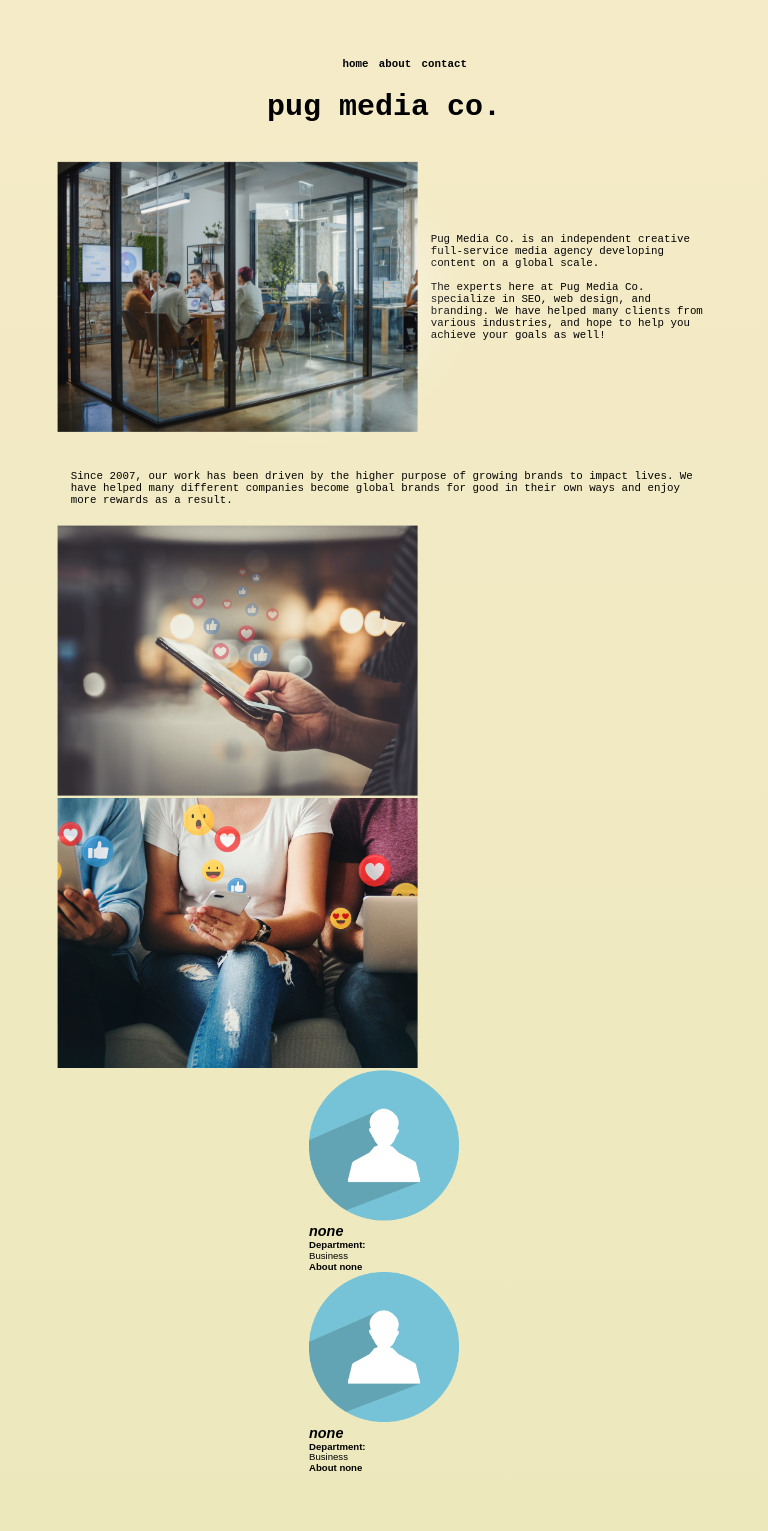
Repository: cheungglenda/MDIA2109-Week3
Page: /
These files come from the project's save history. The page is drawn as it stood at one moment and after the next save; the edit follows.
The browser window is 1280 px wide. The pictures show the whole page, at 60% of full size.
The project was rebuilt for these pictures with package versions that can differ from the ones it lists, and the page was loaded fresh each time. The framework's server and built-in components were replaced by stand-ins that run in the browser. Also part of the build but not shown: next.config.js.

Above is the page before, as saved 2023-01-20 23:17:57.

### pages/index.js
import Head from 'next/head'
import Image from 'next/image'
import { Inter } from '@next/font/google'
import styles from '@/styles/Home.module.css'
import homeData from '../data/education.json'
import { useState } from 'react'
import Card from '../components/Card'
import Link from 'next/link'

const inter = Inter({ subsets: ['latin'] })

export default function Home() {

  /** ([...data]) enters the data in the useState and is calling that info. the useState has all the data from the education.json file */
  const [information, setInformation] = useState([...homeData])
  console.log(homeData);

  return (
    <>
      <Head>
        <title>Pug Media Co.</title>
        <meta name="description" content="Full-service digital marketing agency" />
        <meta name="viewport" content="width=device-width, initial-scale=1" />
        <link rel="icon" href="/favicon.ico" />
      </Head>
      <main className={styles.main}>
        <div className={styles.buttons}>
      <Link href="/" className={styles.links}>Home</Link>
      <Link href="../about" className={styles.links}>About</Link>
      <Link href="/" className={styles.links}>Contact</Link>
        </div>

        <div className={styles.meetTitle}>Pug Media Co.</div>
        <div className={styles.center}>
          <Image
            className={styles.logo}
            src="/office.jpeg"
            width={600}
            height={450}
          />
          <div className={styles.homeDesc}>
            Pug Media Co. is an independent creative full-service media agency developing content on a global scale. <br></br><br></br>The experts here at Pug Media Co. specialize in SEO, web design, and branding. We have helped many clients from various industries, and hope to help you achieve your goals as well!
          </div>
        </div>
        <div className={styles.bottom}>
        <div className={styles.homeDesc}>
        Since 2007, our work has been driven by the higher purpose of growing brands to impact lives. We have helped many different companies become global brands for good in their own ways and enjoy more rewards as a result.<br></br>
          </div>
        <Image
            className={styles.social}
            src="/media.jpeg"
            width={600}
            height={450}
          />
                <Image
            className={styles.social}
            src="/media2.jpeg"
            width={600}
            height={450}
          />
        </div>
        <div className={styles.profiles}>
            {information && information.map((info, index) => {
              if(info.department === "Business") {
                return (
                  <Card key={index}
                    image={info.image}
                    firstName={info.firstName}
                    department={info.department}
                  />
                )
              }
            })}
          </div>
      </main>
    </>
  )
}

/** .toLowerCase() is input when you don't want to worry about case sensitivity */

### styles/Home.module.css
.main {
  display: flex;
  flex-direction: column;
  justify-content: space-between;
  align-items: center;
  padding: 6rem;
  font-family:arial;
  min-height: 100vh;
  background-image: linear-gradient(rgb(245, 235, 200), rgb(236, 232, 188));

}

.buttons {
  display: flex;
  flex-direction:row;
  justify-content: space-evenly;
  margin-bottom:3%;
}

.links:hover {
  text-decoration:underline;
}

.links {
  font-size: 18px;
  max-width: var(--max-width);
  width: 100%;
  font-weight:900;
  font-family: 'Courier New', Courier, monospace;
  text-transform:lowercase;
  padding-left:10%;
}

.description {
  display: inherit;
  justify-content: inherit;
  align-items: inherit;
  font-size: 15px;
  max-width: var(--max-width);
  width: 100%;
  font-family: var(--font-mono);
}

.social {
  justify-content:inherit;
  object-fit:cover;
  margin-right:2%;
}

.homeDesc {
  font-size: 18px;
  font-family:'Courier New', Courier, monospace;
  margin-left:2%;
  margin-bottom:3%;
}

.description a {
  display: flex;
  justify-content: center;
  align-items: center;
  gap: 0.5rem;
}

.description p {
  position: relative;
  margin: 0;
  padding: 1rem;
  background-color: rgba(var(--callout-rgb), 0.5);
  border: 1px solid rgba(var(--callout-border-rgb), 0.3);
  border-radius: var(--border-radius);
}

.code {
  font-weight: 700;
  font-family: var(--font-mono);
}

.meetTitle {
  font-size: 50px;
  font-weight:700;
  text-transform:lowercase;
  font-family:'Courier New', Courier, monospace;
  text-align:center;
}

.grid {
  display: flex;
  justify-content:center;
  width: var(--max-width);
  max-width: 100%;
  align-items:center;
  flex: 1;
}

.card {
  padding: 1rem 1.2rem;
  border-radius: var(--border-radius);
  background: rgba(var(--card-rgb), 0);
  border: 1px solid rgba(var(--card-border-rgb), 0);
  transition: background 200ms, border 200ms;
}

.card span {
  display: inline-block;
  transition: transform 200ms;
}

.info {
  font-family:'Courier New', Courier, monospace;
}

.card h2 {
  font-weight: 600;
  margin-bottom: 0.7rem;
}

.card p {
  margin: 0;
  opacity: 0.6;
  font-size: 0.9rem;
  line-height: 1.5;
  max-width: 30ch;
}


.employees {
  display:flex;
  gap:20px;
  width: 80%;
  text-align:center;
  font-family:'Courier New', Courier, monospace;
}

.titleDesc {
  font-size:16px;
  margin-bottom:3%;
}

.center {
  display: flex;
  justify-content: center;
  align-items: center;
  position: relative;
  padding: 4rem 0;
}

.center::before {
  background: var(--secondary-glow);
  border-radius: 50%;
  width: 480px;
  height: 360px;
  margin-left: -400px;
}

.center::after {
  background: var(--primary-glow);
  width: 240px;
  height: 180px;
  z-index: -1;
}

.center::before,
.center::after {
  content: '';
  left: 50%;
  position: absolute;
  filter: blur(45px);
  transform: translateZ(0);
}

.logo,
.thirteen {
  position: relative;
  object-fit:cover;
}

.thirteen {
  display: flex;
  justify-content: center;
  align-items: center;
  width: 75px;
  height: 75px;
  padding: 25px 10px;
  margin-left: 16px;
  transform: translateZ(0);
  border-radius: var(--border-radius);
  overflow: hidden;
  box-shadow: 0px 2px 8px -1px #0000001a;
}

.thirteen::before,
.thirteen::after {
  content: '';
  position: absolute;
  z-index: -1;
}

/* Conic Gradient Animation */
.thirteen::before {
  animation: 6s rotate linear infinite;
  width: 200%;
  height: 200%;
  background: var(--tile-border);
}

/* Inner Square */
.thirteen::after {
  inset: 0;
  padding: 1px;
  border-radius: var(--border-radius);
  background: linear-gradient(
    to bottom right,
    rgba(var(--tile-start-rgb), 1),
    rgba(var(--tile-end-rgb), 1)
  );
  background-clip: content-box;
}

/* Enable hover only on non-touch devices */
@media (hover: hover) and (pointer: fine) {
  .card:hover {
    background: rgba(var(--card-rgb), 0.1);
    border: 1px solid rgba(var(--card-border-rgb), 0.15);
  }

  .card:hover span {
    transform: translateX(4px);
  }
}

@media (prefers-reduced-motion) {
  .thirteen::before {
    animation: none;
  }

  .card:hover span {
    transform: none;
  }
}

/* Mobile */
@media (max-width: 700px) {
  .content {
    padding: 4rem;
  }

  .grid {
    grid-template-columns: 1fr;
    margin-bottom: 120px;
    max-width: 320px;
    text-align: center;
  }

  .card {
    padding: 1rem 2.5rem;
  }

  .card h2 {
    margin-bottom: 0.5rem;
  }

  .center {
    padding: 8rem 0 6rem;
  }

  .center::before {
    transform: none;
    height: 300px;
  }

  .description {
    font-size: 0.8rem;
  }

  .description a {
    padding: 1rem;
  }

  .description p,
  .description div {
    display: flex;
    justify-content: center;
    position: fixed;
    width: 100%;
  }

  .description p {
    align-items: center;
    inset: 0 0 auto;
    padding: 2rem 1rem 1.4rem;
    border-radius: 0;
    border: none;
    border-bottom: 1px solid rgba(var(--callout-border-rgb), 0.25);
    background: linear-gradient(
      to bottom,
      rgba(var(--background-start-rgb), 1),
      rgba(var(--callout-rgb), 0.5)
    );
    background-clip: padding-box;
    backdrop-filter: blur(24px);
  }

  .description div {
    align-items: flex-end;
    pointer-events: none;
    inset: auto 0 0;
    padding: 2rem;
    height: 200px;
    background: linear-gradient(
      to bottom,
      transparent 0%,
      rgb(var(--background-end-rgb)) 40%
    );
    z-index: 1;
  }
}

/* Tablet and Smaller Desktop */
@media (min-width: 701px) and (max-width: 1120px) {
  .grid {
    grid-template-columns: repeat(2, 50%);
  }
}

@media (prefers-color-scheme: dark) {

  .main {
    background-image: linear-gradient(rgb(51, 65, 14), rgb(169, 169, 110));
  }

  .vercelLogo {
    filter: invert(1);
  }

  .meetTitle {
    color:white;
  }

  .titleDesc {
    color:white;
  }

  .links {
    color: white;
  }

  .employees {
    color: black;
  }
}

@keyframes rotate {
  from {
    transform: rotate(360deg);
  }
  to {
    transform: rotate(0deg);
  }
}

### data/education.json
[
        {
            "firstName": "Yi",
            "lastName": "Li",
            "department": "Business",
            "jobTitle": "Co-Founder",
            "graduted": 2014
        },
        {
            "firstName": "Jennifer",
            "lastName": "Smith",
            "department": "Business",
            "degree": "Accounting",
            "graduted": 2010
        }
]

### components/Card/index.js
export default function Card({
    firstname = "none",
    lastname = "none",
    department = "none",
    jobtitle = "none",
    yearsworked = 0,
    description = "none",
    contact = "none",
    color = "pink",
    font = "O",
    image = "icon/person.png"
}) {
    return (
        <div>
            <img src={image} width="250"></img>
            <h2><i>{firstname}</i></h2>
            <h4>Department:</h4>{department}
            <h4>About {jobtitle}</h4>
        </div>
    )
}

Loaded but not shown: pages/_app.js (common file); pages/_document.js (common file); styles/globals.css (common file)

After the next save:
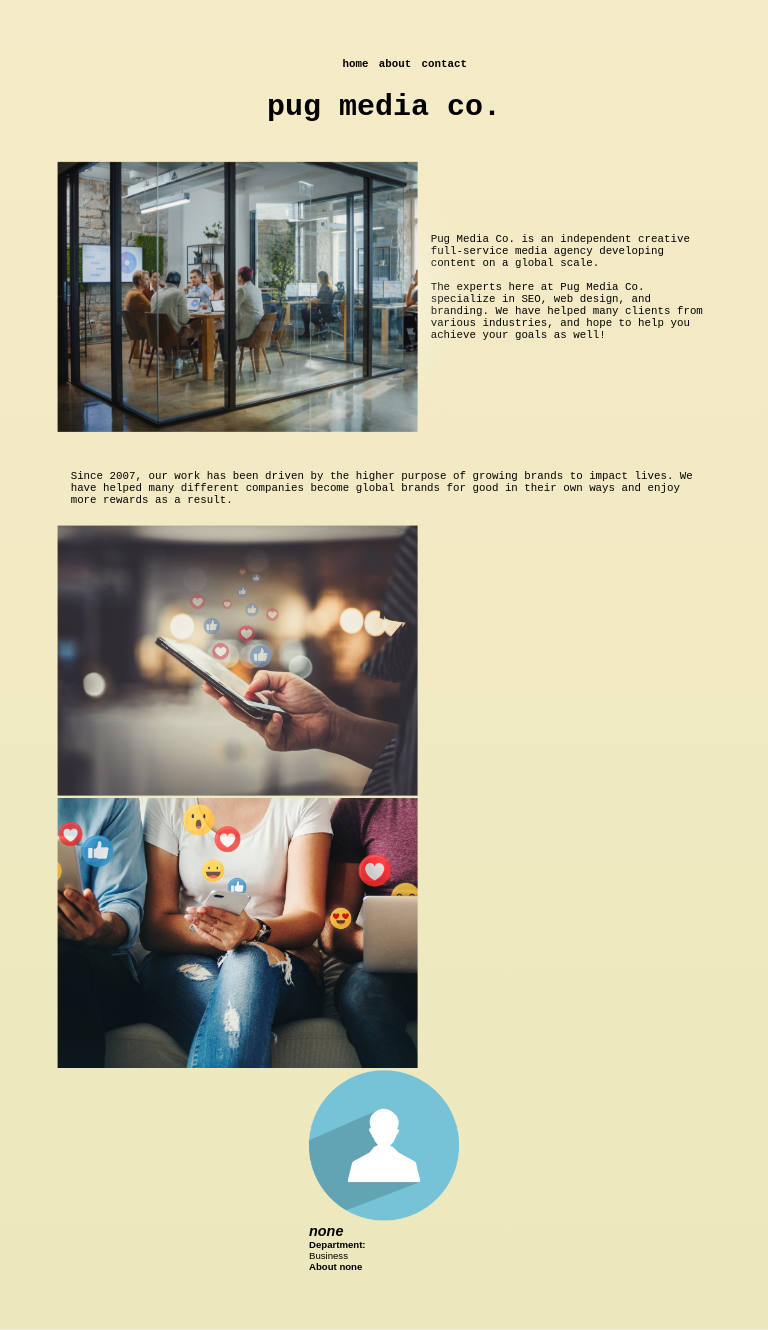
Saved 3 min 23 s later.
--- a/data/education.json
+++ b/data/education.json
@@ -9,7 +9,7 @@
         {
             "firstName": "Jennifer",
             "lastName": "Smith",
-            "department": "Business",
+            "department": "HR",
             "degree": "Accounting",
             "graduted": 2010
         }
